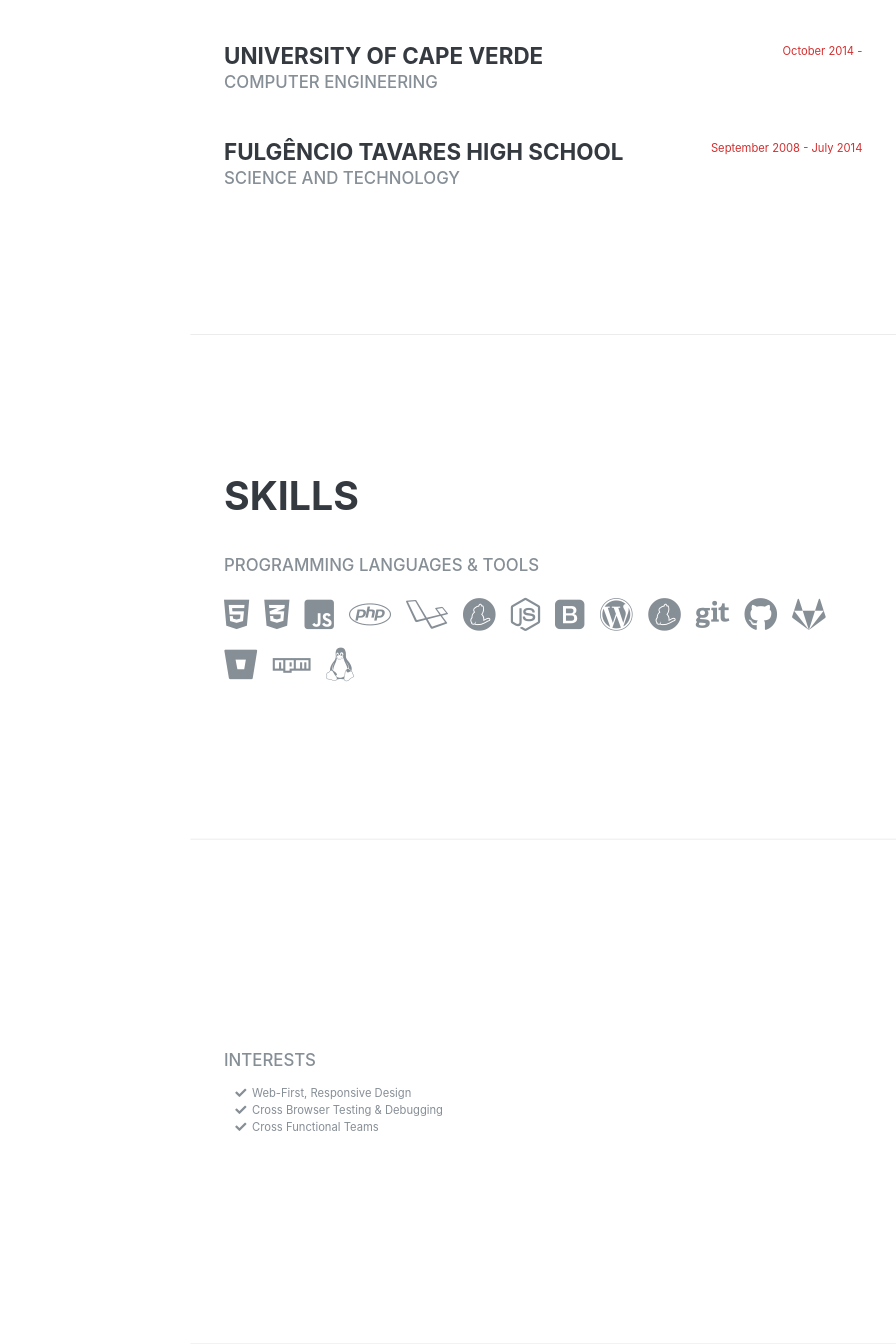
Repository: kcfurtado/kcfurtado.github.io
Page: index.html
An editor plug-in stored every save of this project. The page is shown before and after the next save, followed by the edit.
The browser window is 1280 px wide. The pictures show the part of the page from y = 1923 to 3843 px (the page is 3843 px tall), at 70% of full size.
Some web fonts or font styles are not loaded; a fallback is used.

Above is the page before, as saved 2020-04-04 11:57:57.

After the next save:
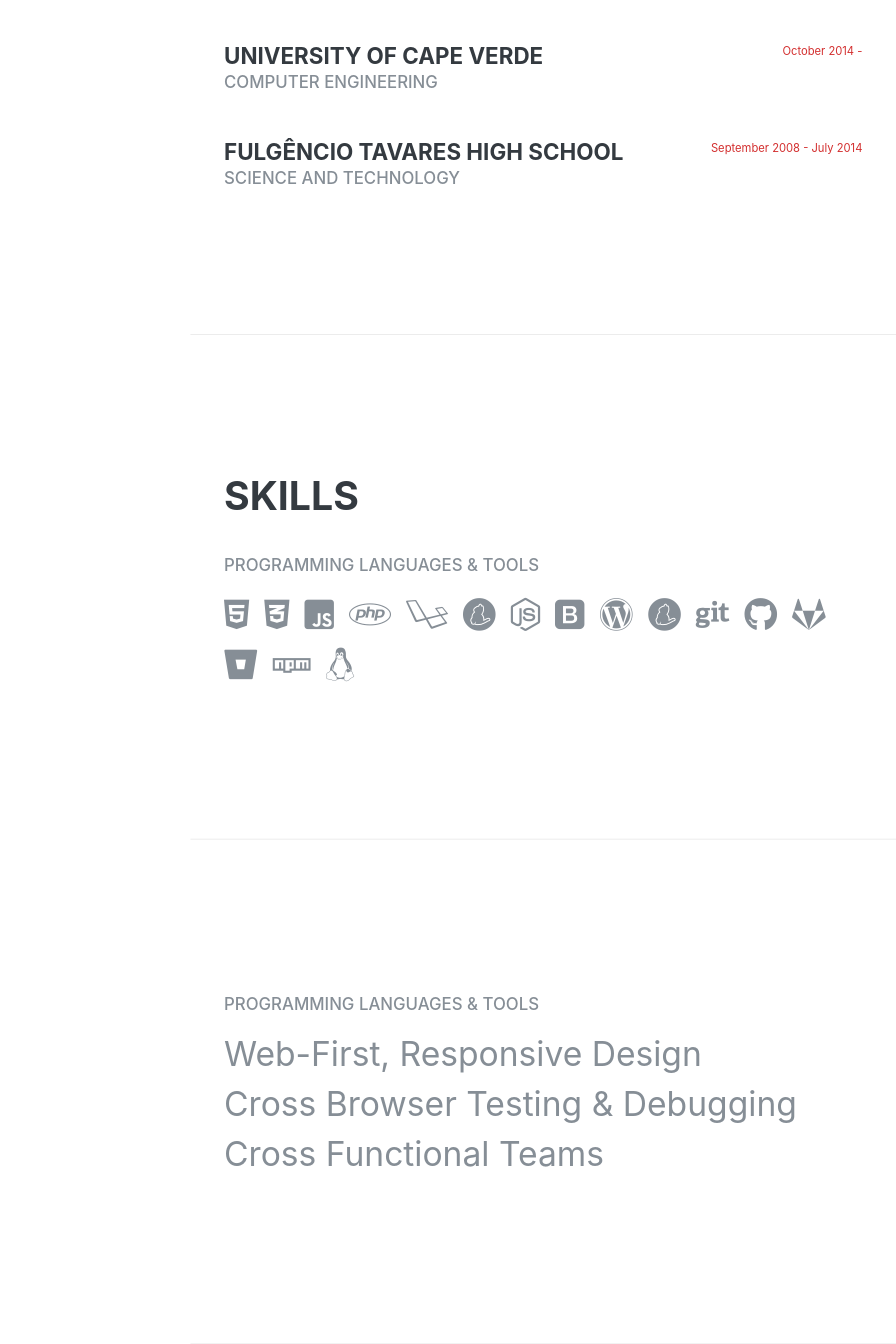
Saved 13 min 53 s later.
--- a/index.html
+++ b/index.html
@@ -261,8 +261,8 @@
 
     <section class="resume-section p-3 p-lg-5 d-flex align-items-center" id="interests">
       <div class="w-100">
-        <div class="subheading mb-3">Interests</div>
-        <ul class="fa-ul mb-0">
+        <div class="subheading mb-3">Programming Languages &amp; Tools</div>
+        <ul class="list-inline dev-icons">
           <li>
             <i class="fa-li fa fa-check"></i>
             Web-First, Responsive Design</li>
@@ -272,6 +272,9 @@
           <li>
             <i class="fa-li fa fa-check"></i>
             Cross Functional Teams</li>
+        </ul>
+
+
       </div>
     </section>
 
